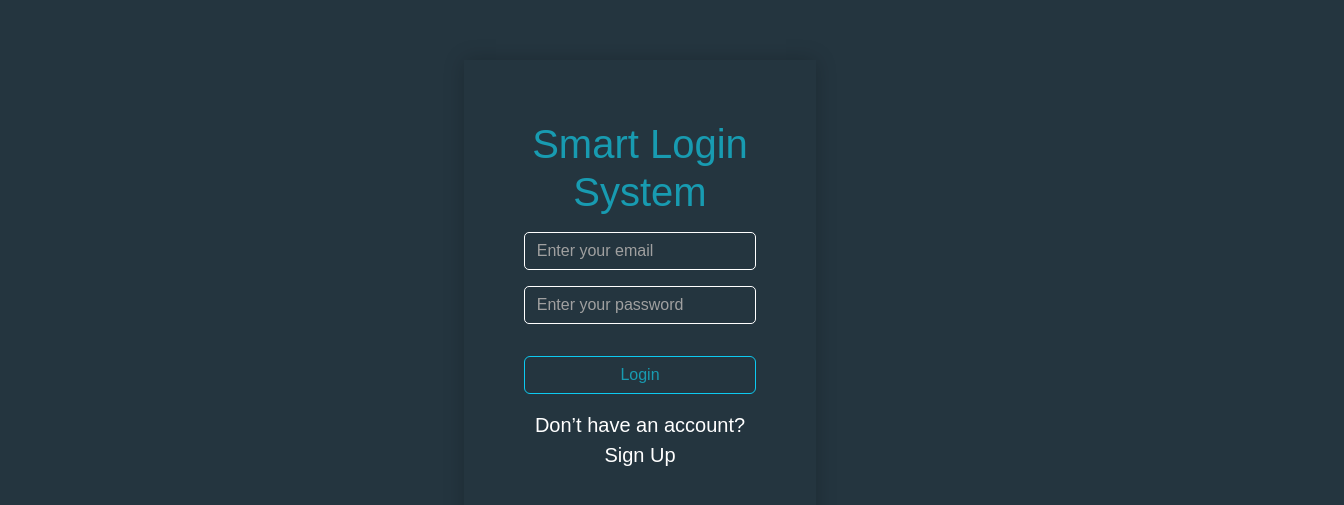
Repository: bodajava/TASK-4
Page: index.html
These files come from the project's save history. The page is drawn as it stood at one moment and after the next save; the edit follows.
The browser window is 1280 px wide. The page is 1280 px wide, then 1344 px, so the pictures cover 1344 px, including what lies to the right of the window. The pictures show the whole page.

Above is the page before, as saved 2025-06-18 04:20:44.

After the next save:
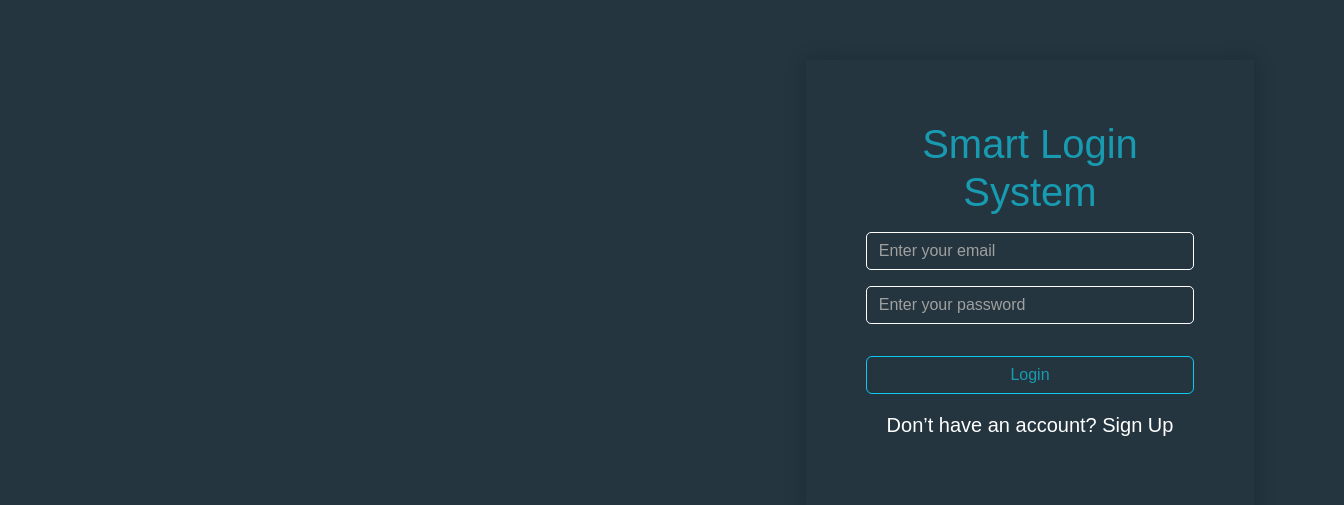
Saved 10 s later.
--- a/index.html
+++ b/index.html
@@ -10,33 +10,34 @@
   </head>
   <body>
     <div class="row justify-content-center">
-      <div class="col-12 col-md-6"></div>
+      <div class="col-12 col-md-6">
+        <div id="item" class="container text-center">
+          <div id="item2" class="m-auto w-75">
+            <h1>Smart Login System</h1>
+            <input
+              type="text"
+              class="form-control my-3"
+              placeholder="Enter your email"
+              id="signinEmail"
+            />
+            <input
+              type="password"
+              class="form-control my-3"
+              placeholder="Enter your password"
+              id="signinPassword"
+            />
+            <button class="btn btn-outline-info w-100 my-3">
+              <a class="btnn" href="theerdIndex.html">Login</a>
+            </button>
+            <p class="paragraph">
+              Don’t have an account?
+              <a class="anchor" href="scoundIndex.html">Sign Up</a>
+            </p>
+          </div>
+        </div>
+      </div>
     </div>
 
-    <div id="item" class="container text-center">
-      <div id="item2" class="m-auto w-75">
-        <h1>Smart Login System</h1>
-        <input
-          type="text"
-          class="form-control my-3"
-          placeholder="Enter your email"
-          id="signinEmail"
-        />
-        <input
-          type="password"
-          class="form-control my-3"
-          placeholder="Enter your password"
-          id="signinPassword"
-        />
-        <button class="btn btn-outline-info w-100 my-3">
-          <a class="btnn" href="theerdIndex.html">Login</a>
-        </button>
-        <p class="paragraph">
-          Don’t have an account?
-          <a class="anchor" href="scoundIndex.html">Sign Up</a>
-        </p>
-      </div>
-    </div>
     <script src="js/bootstrap.bundle.min.js"></script>
     <script src="js/index.js"></script>
   </body>
